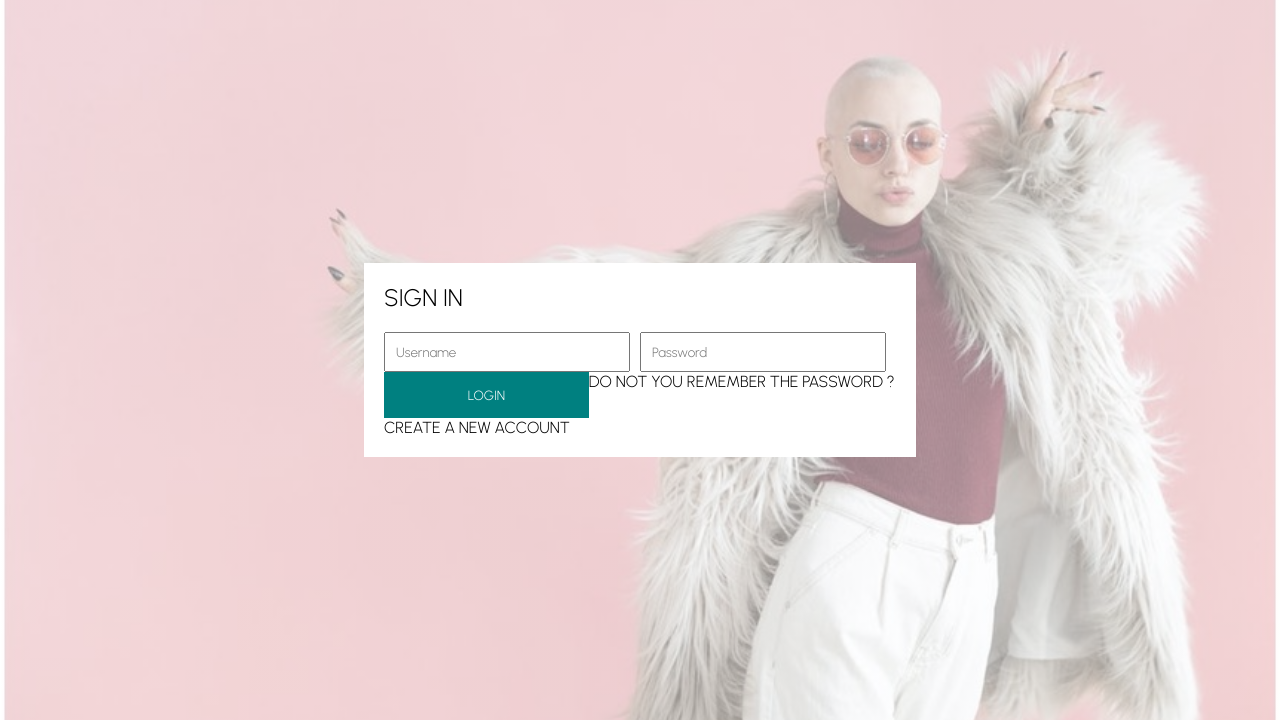
Repository: kmvaghela/ECOMMERCE
Page: /
An editor plug-in stored every save of this project. The page is shown before and after the next save, followed by the edit.
The browser window is 1280 px wide. The pictures show the whole page.
The project was rebuilt for these pictures with package versions that can differ from the ones it lists, and the page was loaded fresh each time. Also part of the build but not shown: src/components/Announcement.jsx, src/data.js, src/components/CategoryItem.jsx, src/components/Categories.jsx, src/components/Navbar.jsx, src/components/Product.jsx, src/components/Products.jsx, src/components/Slider.jsx and 6 more.

Above is the page before, as saved 2022-02-24 18:39:02.

After the next save:
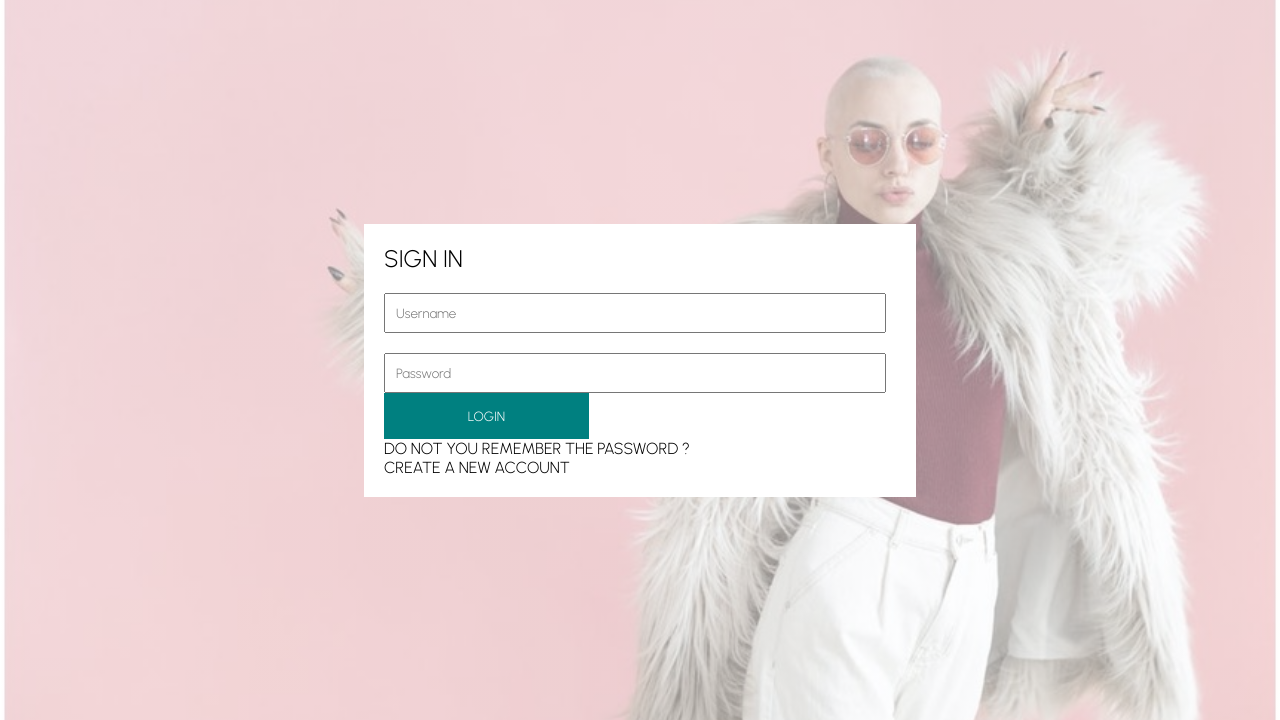
Saved 41 min 44 s later.
--- a/src/pages/Login.jsx
+++ b/src/pages/Login.jsx
@@ -30,7 +30,7 @@
 
 const Form = styled.form`
   display: flex;
-  flex-wrap: wrap;
+  flex-direction: column;
 `;
 
 const Input = styled.input`
